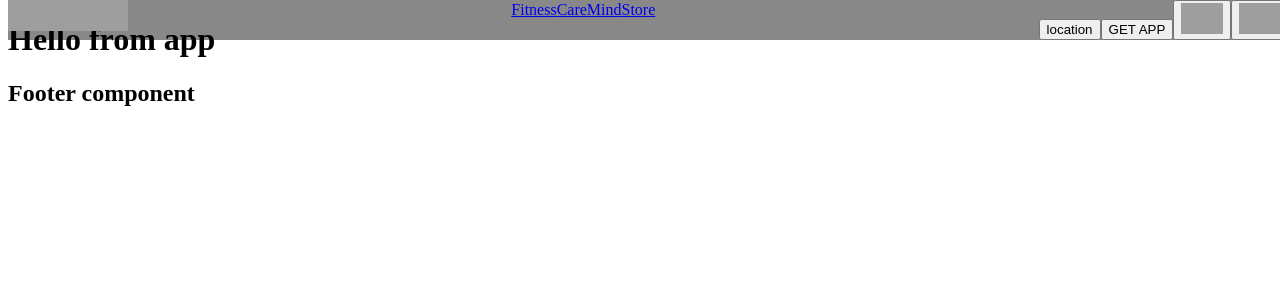
Repository: 1sanjeetsharma/cult-fit-clone
Page: /
These files come from the project's save history. The page is drawn as it stood at one moment and after the next save; the edit follows.
The browser window is 1280 px wide. The pictures show the whole page.
Pictures or frames that could not be fetched are drawn as grey boxes. The project was rebuilt for these pictures with package versions that can differ from the ones it lists, and the page was loaded fresh each time. Also part of the build but not shown: vite.config.js.

Above is the page before, as saved 2023-07-22 22:36:56.

### src/App.jsx
import LandingPage from "./components/landingPage/LandingPage";
function App() {
  return (
    <>
      <h1>Hello from app</h1>
      <LandingPage />
    </>
  );
}

export default App;

### src/components/landingPage/LandingPage.jsx
import Body from "../body/body";
// import Header from "../body/header/Header";
const LandingPage = () => {
	return (
		<>
			<Body></Body>
		</>
	);
};
export default LandingPage;

### src/components/body/body.jsx
import Header from "./header/Header";
import Footer from "./footer/Footer";
const Body = () => {
	console.log("hello from body");
	return (
		<>
			<Header />

			<Footer />
		</>
	);
};
export default Body;

### src/components/body/header/Header.jsx
import Navbar from "../Navbar/Navbar";
const Header = () => {
	return (
		<>
			<Navbar />
		</>
	);
};
export default Header;

### src/components/body/footer/Footer.jsx
const Footer = () => {
  return (
    <>
      <h2>Footer component</h2>
    </>
  );
};
export default Footer;

### src/components/body/Navbar/Navbar.jsx
import "./navbar.css";
const Navbar = () => {
	return (
		<>
			<div className="Nav-container">
				<nav>
					<a href="javascript:viod(0)">
						<img
							className="logo"
							height={"31px"}
							width={"120px"}
							src="https://cdn-images.cure.fit/www-curefit-com/image/upload/c_fill,w_120,q_auto:eco,dpr_2,f_auto,fl_progressive//image/test/brand-logo/vman-and-white-cult-text.png"
							alt="logo"
						/>
					</a>
					<div className="tabs">
						<a href="javascript:void(0)">Fitness</a>
						<a href="javascript:void(0)">Care</a>
						<a href="javascript:void(0)">Mind</a>
						<a href="javascript:void(0)">Store</a>
					</div>
					<div>
						<button className="location">location</button>
						<button className="get-app">GET APP</button>

						<button className="avatar">
							<img
								className="btn-img"
								src="https://cdn-images.cure.fit/www-curefit-com/image/upload/c_fill,w_26,q_auto:eco,dpr_2,f_auto,fl_progressive/image/test/header/Profile.png"
								alt="profile picture"
							/>
						</button>
						<button className="cart">
							<img
								className="btn-img"
								src="https://cdn-images.cure.fit/www-curefit-com/image/upload/c_fill,q_auto:eco,dpr_2,f_auto,fl_progressive//image/test/cart-dark-theme.svg"
								alt="cart"
							/>
						</button>
					</div>
				</nav>
			</div>
		</>
	);
};
export default Navbar;

### src/components/body/Navbar/navbar.css
.Nav-container {
	position: fixed;
	display: flexbox;
	top: 0px;

	width: 100%;

	/* align-content: center; */
	/* text-align: center; */
	background-color: #00000077;
	box-sizing: border-box;
	/* z-index: 2; */
}

.logo,
.btn-img {
	height: 31px;
}
nav {
	display: flex;
	/* padding: 10px;
	height: 40px; */
	margin: auto;
	/* height: 60px; */
	line-height: 20px;
	flex-flow: row;
	justify-content: space-between;
}
.tabs {
}

Loaded but not shown: index.html (common file); src/main.jsx (common file)

After the next save:
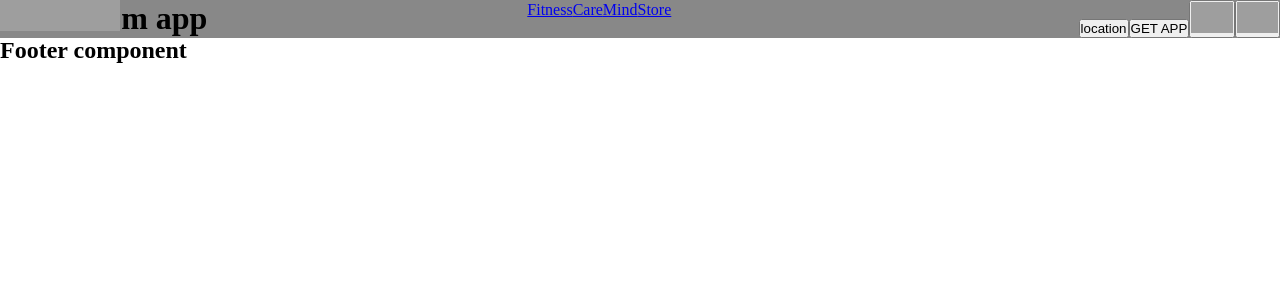
Saved 53 s later.
--- a/src/components/body/Navbar/navbar.css
+++ b/src/components/body/Navbar/navbar.css
@@ -1,3 +1,7 @@
+* {
+	margin: 0px;
+	padding: 0px;
+}
 .Nav-container {
 	position: fixed;
 	display: flexbox;
